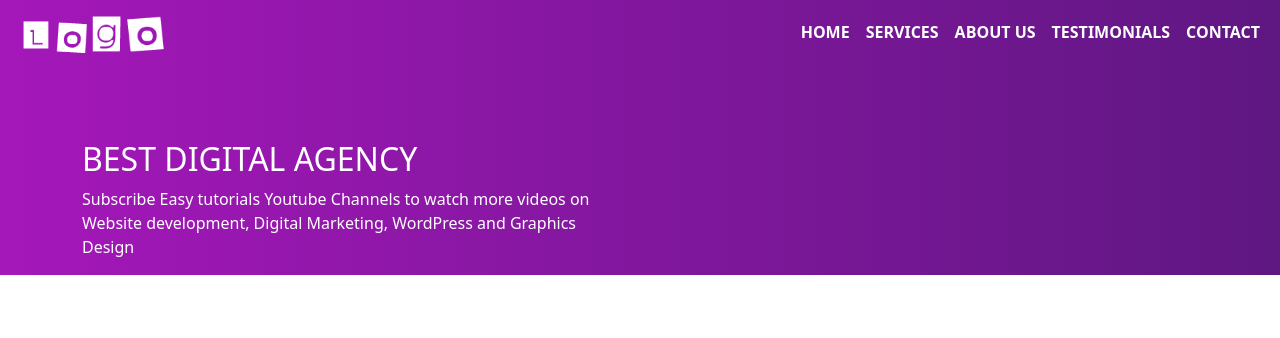
Repository: wadelfadill/Bootstrap_tache_2_website_design
Page: index.html
These files come from the project's save history. The page is drawn as it stood at one moment and after the next save; the edit follows.
The browser window is 1280 px wide. The pictures show the whole page.
Some web libraries are served in a nearby version.

Above is the page before, as saved 2023-04-05 15:54:02.

### index.html
<!DOCTYPE html>
<html lang="en">
<head>
    <meta charset="UTF-8">
    <meta http-equiv="X-UA-Compatible" content="IE=edge">
    <meta name="viewport" content="width=device-width, initial-scale=1.0">
    <!-- bootstrap css link -->
    <link href="https://cdn.jsdelivr.net/npm/bootstrap@5.1.3/dist/css/bootstrap.min.css" rel="stylesheet" integrity="sha384-1BmE4kWBq78iYhFldvKuhfTAU6auU8tT94WrHftjDbrCEXSU1oBoqyl2QvZ6jIW3" crossorigin="anonymous">
    <!-- css sheet link -->
    <link rel="stylesheet" href="style.css">
    <!-- fontawsome link -->
    <link rel="stylesheet" href="https://cdn.jsdelivr.net/npm/@fortawesome/fontawesome-free@6.2.1/css/fontawesome.min.css">
    <title>bootstrap_website_design</title>
    <script src="https://kit.fontawesome.com/8f130c8a35.js" crossorigin="anonymous"></script>
</head>
<body>
    <section id="nav-bar" class="sticky-top t-0">
        <nav class="navbar navbar-expand-lg navbar-light p-0">
            <div class="container-fluid">
              <a class="navbar-brand" href="#"><img src="images/demo-logo.png" alt="" class="w-75 h-50 p-2"></a>
              <button class="navbar-toggler" type="button" data-bs-toggle="collapse" data-bs-target="#navbarSupportedContent" aria-controls="navbarSupportedContent" aria-expanded="false" aria-label="Toggle navigation">
                <span><i class="fa-solid fa-bars fs-1" style="color: #ffffff;"></i></span>
              </button>
              <div class="collapse navbar-collapse justify-content-end" id="navbarSupportedContent">
                <ul class="navbar-nav ms-auto mb-2 mb-lg-0 ">
                  <li class="nav-item pt-0 pb-1 fw-bold">
                    <a class="nav-link active text-white float-end text-start" aria-current="page" href="#">HOME</a>
                  </li>
                  <li class="nav-item pt-0 pb-1 fw-bold">
                    <a class="nav-link text-white float-end text-start" href="#">SERVICES</a>
                  </li>
                  <li class="nav-item pt-0 pb-1 fw-bold">
                    <a class="nav-link text-white float-end text-start" href="#">ABOUT US</a>
                  </li>
                  <li class="nav-item pt-0 pb-1 fw-bold">
                    <a class="nav-link text-white float-end text-start" href="#">TESTIMONIALS</a>
                  </li>
                  <li class="nav-item pt-0 pb-1 fw-bold">
                    <a class="nav-link text-white float-end text-start" href="#">CONTACT</a>
                  </li>
                </ul>
              </div>
            </div>
          </nav>
    </section>
     <!--banner section  -->
     <section id="banner" class="text-white pt-5">
      <div class="container">
        <div class="row">
          <div class="col-md-6">
            <p class="h2 mt-4">BEST DIGITAL AGENCY</p>
            <p>
              Subscribe Easy tutorials Youtube Channels to watch more videos on
              Website development, Digital Marketing, WordPress and Graphics Design
            </p>
          </div>
        </div>
      </div>
     </section>

        <!-- bootstrap js link -->
    <script src="https://cdn.jsdelivr.net/npm/bootstrap@5.1.3/dist/js/bootstrap.bundle.min.js" integrity="sha384-ka7Sk0Gln4gmtz2MlQnikT1wXgYsOg+OMhuP+IlRH9sENBO0LRn5q+8nbTov4+1p" crossorigin="anonymous"></script>
</body>
</html>

### style.css
*{
    margin: 0;
    padding: 0;
}
.navbar{
    background-image: linear-gradient(to right, #a517ba, #5f1782);
}
.navbar-toggler{
    outline: none !important;
}
/* Banner section */
#banner{
    background-image: linear-gradient(to right, #a517ba, #5f1782);


}

After the next save:
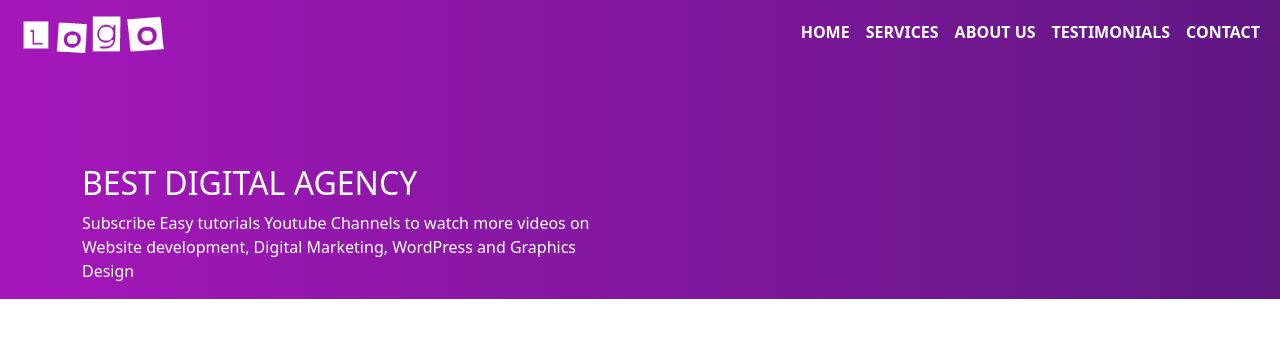
Saved 22 s later.
--- a/index.html
+++ b/index.html
@@ -48,7 +48,7 @@
       <div class="container">
         <div class="row">
           <div class="col-md-6">
-            <p class="h2 mt-4">BEST DIGITAL AGENCY</p>
+            <p class="h2 mt-5">BEST DIGITAL AGENCY</p>
             <p>
               Subscribe Easy tutorials Youtube Channels to watch more videos on
               Website development, Digital Marketing, WordPress and Graphics Design
